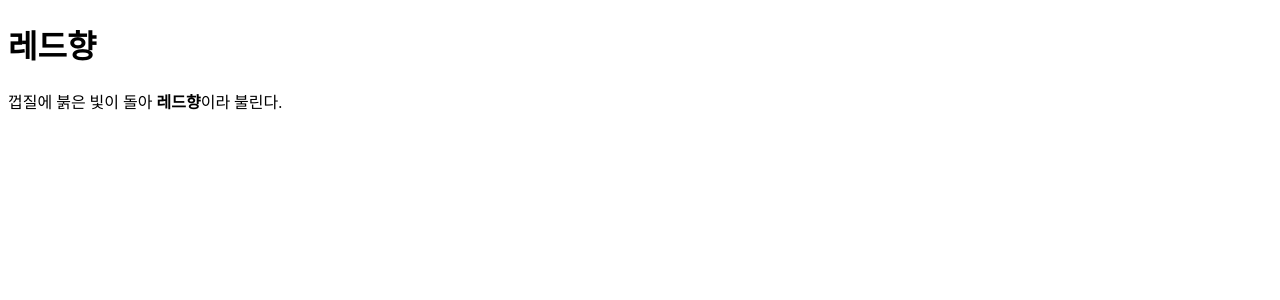
Repository: topyoungil/CodeMemories-ByJake
Page: HTML_CSS/WebContent/test/1003_css/margin-3.html
These files come from the project's save history. The page is drawn as it stood at one moment and after the next save; the edit follows.
The browser window is 1280 px wide. The pictures show the whole page.

Above is the page before, as saved 2022-10-03 05:13:47.

### HTML_CSS/WebContent/test/1003_css/margin-3.html
<!DOCTYPE html>
<html>
<head>
<meta charset="UTF-8">
<title>Insert title here</title>
<style>
	body {

	}

</style>
</head>
<body>
	<div id="container">
		<h1>레드향</h1>
		<p>껍질에 붉은 빛이 돌아 <b>레드향</b>이라 불린다.</p>
	</div>
</body>
</html>

After the next save:
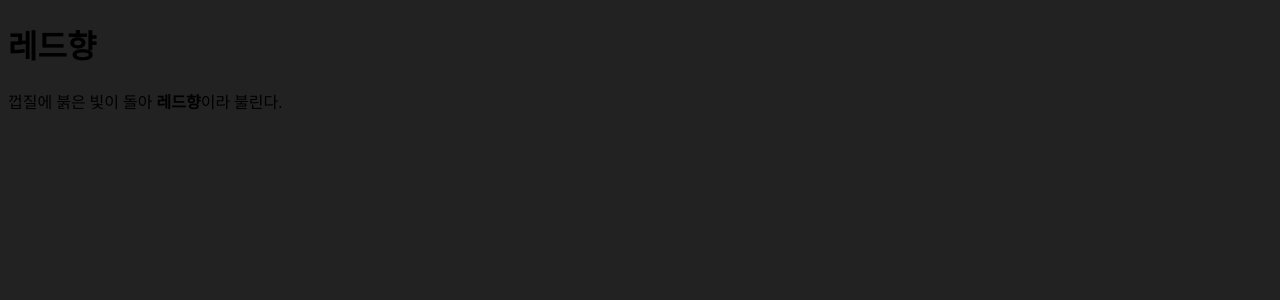
Saved 23 s later.
--- a/HTML_CSS/WebContent/test/1003_css/margin-3.html
+++ b/HTML_CSS/WebContent/test/1003_css/margin-3.html
@@ -5,6 +5,10 @@
 <title>Insert title here</title>
 <style>
 	body {
+		background-color: #222;
+	}
+
+	#container {
 
 	}
 
